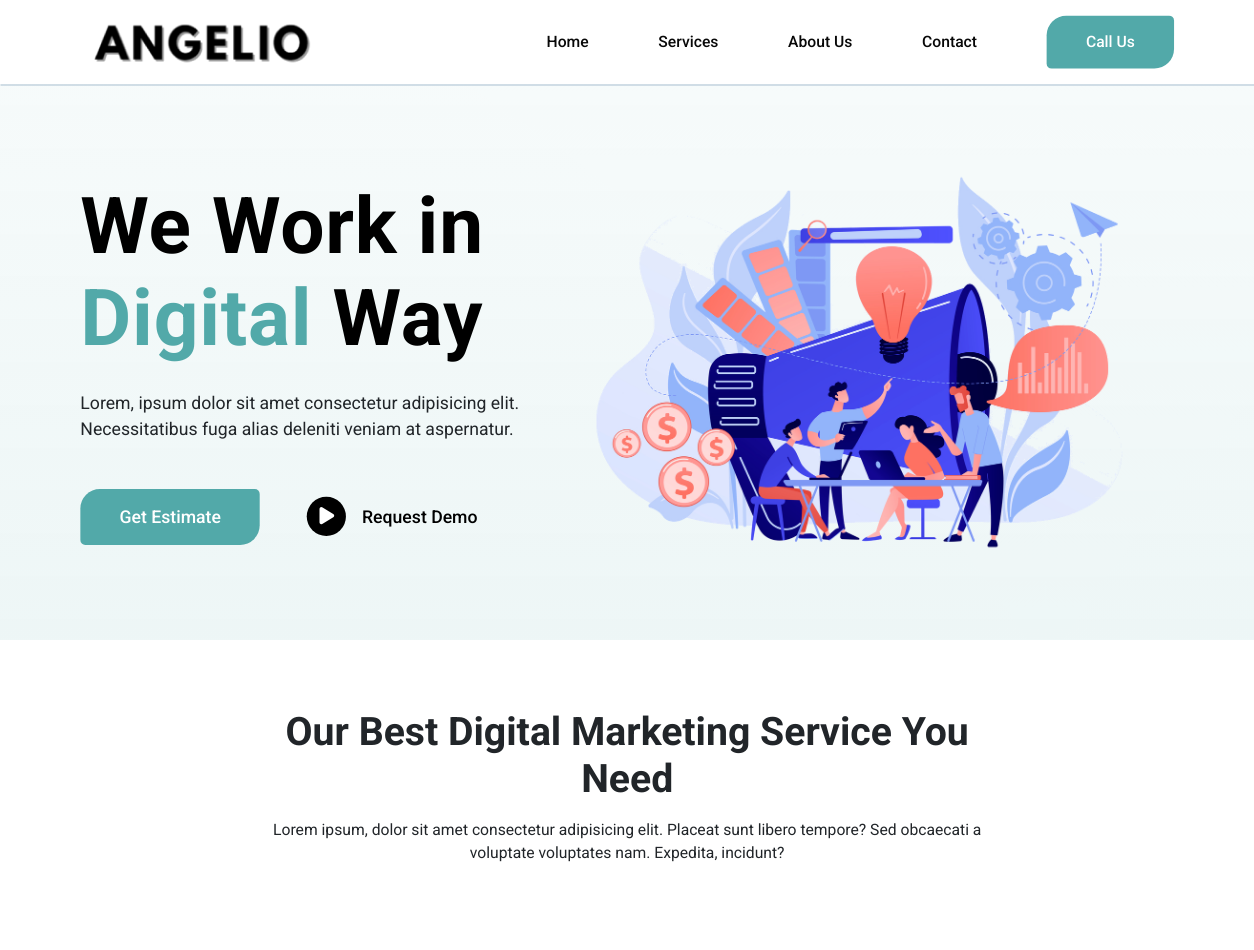
Repository: nazmulalok/landing-page-angelio
Page: index.html
The author's editor kept a copy of each file at every save. The page is drawn from the files as they stood at one save, then again after the next save.
The browser window is 1280 px wide. The pictures show the whole page, at 98% of full size.

Above is the page before, as saved 2022-09-10 17:01:07.

After the next save:
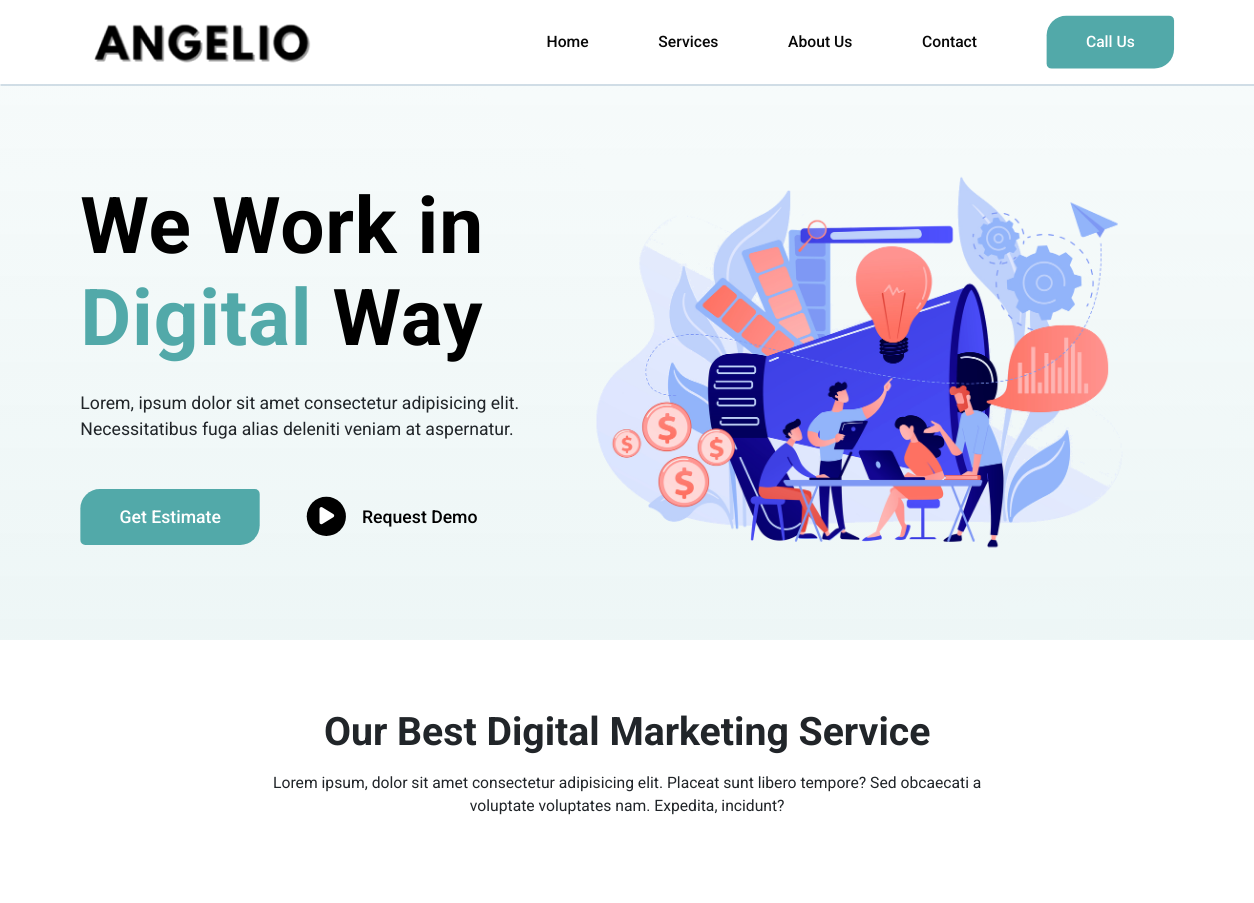
Saved 17 s later.
--- a/index.html
+++ b/index.html
@@ -67,7 +67,7 @@
                     <div class="col-md-8">
                         <div class="text-center">
                             <h1>
-                                Our Best Digital Marketing Service You Need
+                                Our Best Digital Marketing Service
                             </h1>
                             <p>Lorem ipsum, dolor sit amet consectetur adipisicing elit. Placeat sunt
                                 libero
